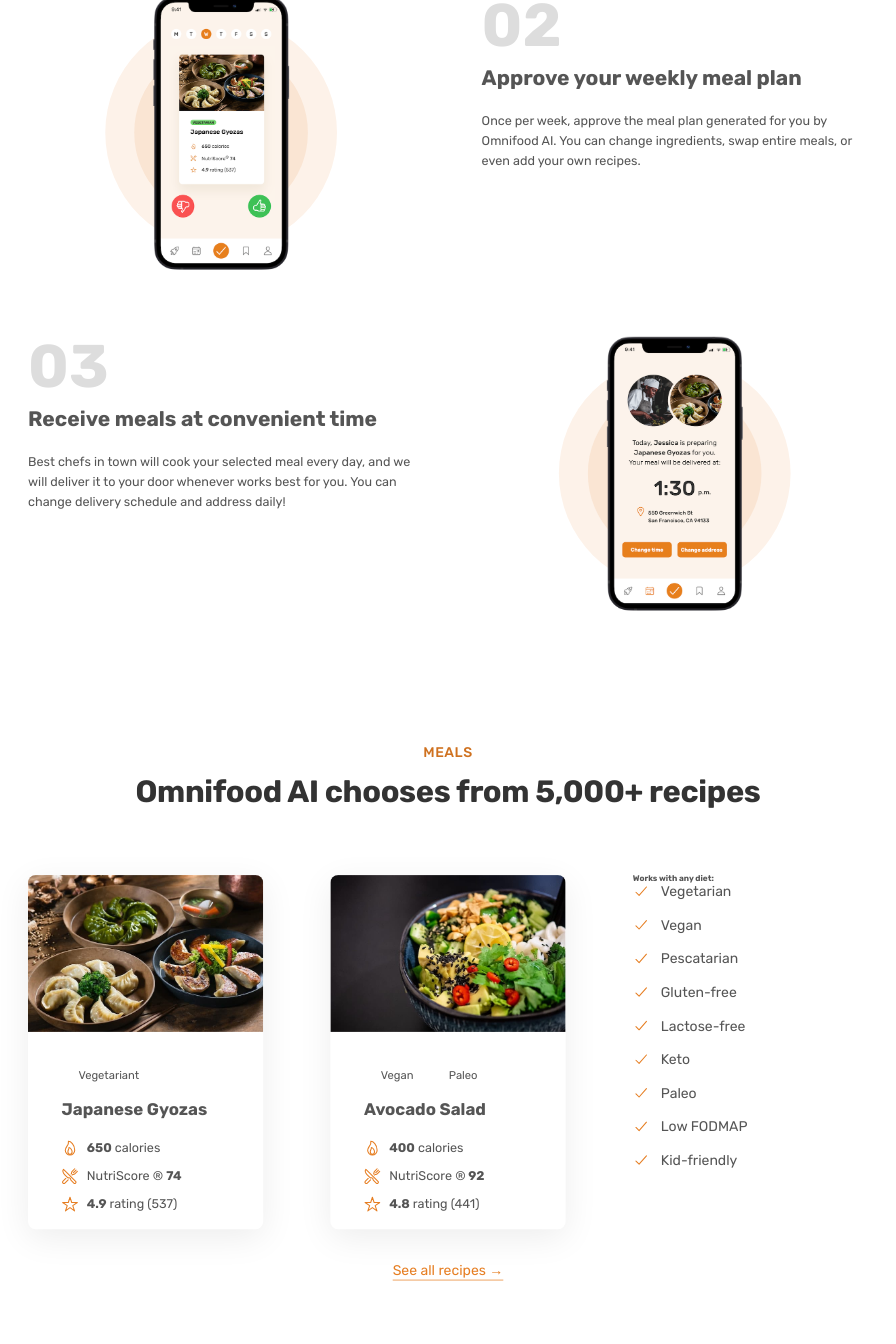
Repository: WefsCao/Omnifood
Page: index.html
An editor plug-in stored every save of this project. The page is shown before and after the next save, followed by the edit.
The browser window is 1280 px wide. The pictures show the part of the page from y = 1593 to 3513 px (the page is 3513 px tall before and 3505 px after), at 70% of full size.

Above is the page before, as saved 2022-06-05 17:06:47.

### index.html
<!DOCTYPE html>
<html lang="en">
  <head>
    <meta charset="UTF-8" />
    <meta http-equiv="X-UA-Compatible" content="IE=edge" />
    <meta name="viewport" content="width=device-width, initial-scale=1.0" />

    <link rel="preconnect" href="https://fonts.googleapis.com" />
    <link rel="preconnect" href="https://fonts.gstatic.com" crossorigin />
    <link
      href="https://fonts.googleapis.com/css2?family=Rubik:wght@400;500;600;700&display=swap"
      rel="stylesheet"
    />
    <link rel="stylesheet" href="./css/general.css" />
    <link rel="stylesheet" href="./css/style.css" />
    <title>Omnifood</title>
  </head>
  <body>
    <header class="header">
      <img class="logo" src="img/omnifood-logo.png" alt="heder of logo" />

      <nav class="nav-main">
        <ul class="nav-main-list">
          <li><a href="#" class="nav-main-link">How it works</a></li>
          <li><a href="#" class="nav-main-link">Meals</a></li>
          <li><a href="#" class="nav-main-link">Testimonial</a></li>
          <li><a href="#" class="nav-main-link">Pricing</a></li>
          <li><a href="#" class="nav-main-link nav-cta">Try for free</a></li>
        </ul>
      </nav>
    </header>
    <main>
      <section class="section-hero">
        <div class="hero">
          <div class="hero-text-box">
            <h1 class="heading-primary">
              A healthy meal delivered to your door, every single day
            </h1>
            <p class="hero-description">
              The smart 365-days-per-year food subscription that will make you
              eat healthy again. Tailored to your personal tastes and
              nutritional needs.
            </p>
            <a href="#" class="btn btn--full margin-right-sm"
              >Start eating well</a
            >
            <a href="#" class="btn btn--outline">Learn more &darr;</a>
            <div class="delivered-meals">
              <div class="delivered-imgs">
                <img src="img/customers/customer-1.jpg" />
                <img src="img/customers/customer-2.jpg" />
                <img src="img/customers/customer-3.jpg" />
                <img src="img/customers/customer-4.jpg" />
                <img src="img/customers/customer-5.jpg" />
                <img src="img/customers/customer-6.jpg" />
              </div>
              <div class="delivered-text">
                <span>250,000+ </span>meals last year!
              </div>
            </div>
          </div>
          <div class="hero-img-box">
            <img src="img/hero.png" alt="Hero of image" class="hero-img" />
          </div>
        </div>
      </section>
      <section class="section-how">
        <div class="step-title container">
          <span class="subtitle">How it works</span>
          <h2 class="heading-secondary">
            Your daily dose of health in 3 simple steps
          </h2>
        </div>

        <!-- STEP 01 -->
        <div class="step-content container grid grid--2-cols">
          <div class="step-text-box">
            <div class="step-number">01</div>
            <h3 class="heading-tertiary">
              Tell us what you like (and what not)
            </h3>
            <p class="step-text">
              Never again waste time thinking about what to eat! Omnifood AI
              will create a 100% personalized weekly meal plan just for you. It
              makes sure you get all the nutrients and vitamins you need, no
              matter what diet you follow!
            </p>
          </div>
          <div class="step-img-box">
            <img
              class="step-img"
              src="img/app/app-screen-1.png"
              alt="app screen 1"
            />
          </div>
        </div>
        <!-- STEP 02 -->
        <div class="step-content container grid grid--2-cols">
          <div class="step-img-box">
            <img
              class="step-img"
              src="img/app/app-screen-2.png"
              alt="app screen 2"
            />
          </div>
          <div class="step-text-box">
            <div class="step-number">02</div>
            <h3 class="heading-tertiary">Approve your weekly meal plan</h3>
            <p class="step-text">
              Once per week, approve the meal plan generated for you by Omnifood
              AI. You can change ingredients, swap entire meals, or even add
              your own recipes.
            </p>
          </div>
        </div>

        <!-- STEP 03 -->
        <div class="step-content container grid grid--2-cols">
          <div class="step-text-box">
            <div class="step-number">03</div>
            <h3 class="heading-tertiary">Receive meals at convenient time</h3>
            <p class="step-text">
              Best chefs in town will cook your selected meal every day, and we
              will deliver it to your door whenever works best for you. You can
              change delivery schedule and address daily!
            </p>
          </div>
          <div class="step-img-box">
            <img
              class="step-img"
              src="img/app/app-screen-3.png"
              alt="app screen 3"
            />
          </div>
        </div>
      </section>
      <section class="section-meals">
        <div class="container center-v">
          <span class="subtitle">Meals</span>
          <h2 class="heading-secondary">
            Omnifood AI chooses from 5,000+ recipes
          </h2>
        </div>
        <div class="meals container grid grid--3-cols">
          <div class="meal">
            <img
              class="meal-img"
              src="img/meals/meal-1.jpg"
              alt="Japanese Gyozas"
            />
            <div class="meal-content">
              <span class="meal-tag tag--vegetariant">Vegetariant</span>
              <h3 class="meal-title">Japanese Gyozas</h3>
              <ul class="meal-attributes">
                <li class="meal-attribute">
                  <ion-icon class="meal-icon" name="flame-outline"></ion-icon>
                  <span><strong>650</strong> calories</span>
                </li>

                <li class="meal-attribute">
                  <ion-icon
                    class="meal-icon"
                    name="restaurant-outline"
                  ></ion-icon>
                  <span> NutriScore &reg; <strong>74</strong></span>
                </li>
                <li class="meal-attribute">
                  <ion-icon class="meal-icon" name="star-outline"></ion-icon>
                  <span><strong>4.9</strong> rating (537)</span>
                </li>
              </ul>
            </div>
          </div>
          <div class="meal">
            <img
              class="meal-img"
              src="img/meals/meal-2.jpg"
              alt="Avocado Salad"
            />
            <div class="meal-content">
              <div class="meal-tags">
                <span class="meal-tag tag--vegan">Vegan</span>
                <span class="meal-tag tag--paleo">Paleo</span>
              </div>
              <h3 class="meal-title">Avocado Salad</h3>
              <ul class="meal-attributes">
                <li class="meal-attribute">
                  <ion-icon class="meal-icon" name="flame-outline"></ion-icon>
                  <span><strong>400</strong> calories</span>
                </li>

                <li class="meal-attribute">
                  <ion-icon
                    class="meal-icon"
                    name="restaurant-outline"
                  ></ion-icon>
                  <span>NutriScore &reg;<strong> 92</strong></span>
                </li>
                <li class="meal-attribute">
                  <ion-icon class="meal-icon" name="star-outline"></ion-icon>
                  <span><strong>4.8</strong> rating (441)</span>
                </li>
              </ul>
            </div>
          </div>
          <div class="list">
            <h3 class="flist-heading">Works with any diet:</h3>
            <ul class="diets">
              <li class="diet">
                <ion-icon class="diet-icon" name="checkmark-outline"></ion-icon>
                <span class="link">Vegetarian</span>
              </li>
              <li class="diet">
                <ion-icon class="diet-icon" name="checkmark-outline"></ion-icon>
                <span class="link">Vegan</span>
              </li>
              <li class="diet">
                <ion-icon class="diet-icon" name="checkmark-outline"></ion-icon>
                <span class="link">Pescatarian</span>
              </li>
              <li class="diet">
                <ion-icon class="diet-icon" name="checkmark-outline"></ion-icon>
                <span class="link">Gluten-free</span>
              </li>
              <li class="diet">
                <ion-icon class="diet-icon" name="checkmark-outline"></ion-icon>
                <span class="link">Lactose-free</span>
              </li>
              <li class="diet">
                <ion-icon class="diet-icon" name="checkmark-outline"></ion-icon>
                <span class="link">Keto</span>
              </li>
              <li class="diet">
                <ion-icon class="diet-icon" name="checkmark-outline"></ion-icon>
                <span class="link">Paleo</span>
              </li>
              <li class="diet">
                <ion-icon class="diet-icon" name="checkmark-outline"></ion-icon>
                <span class="link">Low FODMAP</span>
              </li>
              <li class="diet">
                <ion-icon class="diet-icon" name="checkmark-outline"></ion-icon>
                <span class="link">Kid-friendly</span>
              </li>
            </ul>
          </div>
        </div>
        <div class="container meals-all center-v">
          <a href="#" class="link--recipes">See all recipes &rarr;</a>
        </div>
      </section>
    </main>
    <script
      type="module"
      src="https://unpkg.com/ionicons@5.5.2/dist/ionicons/ionicons.esm.js"
    ></script>
    <script
      nomodule
      src="https://unpkg.com/ionicons@5.5.2/dist/ionicons/ionicons.js"
    ></script>
  </body>
</html>

### css/general.css
/*
--- 01 TYPOGRAPHY
- Font size system (px)
    10 / 12 / 14 / 16 / 18 / 20 / 24 / 30 / 36 / 44 / 52 / 62 / 74 / 86 / 98

- Font weights:
Default: 400

- Line heights:
Default: 1
Small: 1.05


--- 02 COLOR

- Primary: #e67e22
- Tints: #fdf2e9
- Shades: #cf711f
- Accents:
- Grey:
 #555
 #333

 --- 05 SHADOW

 --- 06 BORDER RADIUS
 - Default: 9px

 --- 07 WHITE SPACES
 - Spacing system (px)
 2 / 4 / 8 / 12 / 16 / 24 / 32 / 48 / 64 / 80 / 96 / 128
*/
html {
  font-size: 62.5%;
}
* {
  margin: 0;
  padding: 0;
  box-sizing: border-box;
}
body {
  font-family: "Rubik", sans-serif;
  color: #555;
  font-weight: 400;
  line-height: 1;
}

/****************************************/
/* GENERAL REUSE COMPONENTS */
/****************************************/
.heading-primary,
.heading-secondary {
  line-height: 1.05;
  color: #333;
  font-weight: 700;
  letter-spacing: -0.5px;
  margin-bottom: 3.2rem;
}
.heading-primary {
  font-size: 5.2rem;
}

.btn--full:link,
.btn--full:visited {
  background-color: #e67e22;
  color: #fff;
}
.btn--full:hover,
.btn--full:active {
  background-color: #cf711f;
}

.grid {
  display: grid;
  gap: 9.6rem;
}
.grid--2-cols {
  grid-template-columns: repeat(2, 1fr);
}
.grid--3-cols {
  grid-template-columns: repeat(3, 1fr);
}
.container {
  max-width: 120rem;
  margin: 0 auto;
}

/*************************************/
/* HELPER CLASSES */
/*************************************/

.margin-right-sm {
  margin-right: 1.6rem !important;
}
.heading-tertiary {
  font-size: 3rem;
  font-weight: 700;
  margin: 1.6rem 0;
}
.center-v {
  text-align: center;
}

### css/style.css
/****************************************/
/* HEADER */
/****************************************/
.header {
  display: flex;
  align-items: center;
  justify-content: space-between;
  height: 9.6rem;
  padding: 0 4.8rem;
  background-color: #fdf2e9;
}
.logo {
  height: 2.2rem;
}

/****************************************/
/* NAVIGATION */
/****************************************/

.nav-main-list {
  display: flex;
  align-items: center;
  gap: 3.2rem;
  list-style: none;
}
.nav-main-link:link,
.nav-main-link:visited {
  color: #333;
  font-size: 1.8rem;
  font-weight: 600;
  text-decoration: none;
  transition: all 0.3s;
}
.nav-main-link:hover,
.nav-main-link:active {
  color: #e67e22;
}

.nav-main-link.nav-cta:link,
.nav-main-link.nav-cta:visited {
  padding: 1.2rem 2.4rem;
  background-color: #e67e22;
  border-radius: 9px;
  color: #fff;
}
.nav-main-link.nav-cta:hover,
.nav-main-link.nav-cta:active {
  background-color: #cf711f;
}

/****************************************/
/* HERO */
/****************************************/
.section-hero {
  background-color: #fdf2e9;
  padding: 4.8rem 0 9.6rem 0;
}

.hero {
  display: grid;
  grid-template-columns: 1fr 1fr;
  gap: 4.8rem;
  align-items: center;
  max-width: 130rem;
  padding: 0 3.2rem;
  margin: 0 auto;
}

.hero-description {
  font-size: 2rem;
  line-height: 1.6;
  margin-bottom: 4.8rem;
}
.btn:link,
.btn:visited {
  outline: none;
  display: inline-block;
  padding: 1.6rem 3.2rem;
  font-size: 1.8rem;
  font-weight: 700;
  border-radius: 9px;
  text-decoration: none;
  transition: all 0.3s;
}

.btn--outline:link,
.btn--outline:visited {
  background-color: #fff;
  color: #555;
}
.btn--outline:hover,
.btn--outline:active {
  background-color: #fdf2e9;
  box-shadow: inset 0 0 0 3px #fff;
}

.delivered-meals {
  display: flex;
  align-items: center;
  gap: 1.6rem;
  margin-top: 8rem;
}
.delivered-imgs {
  display: flex;
}
.delivered-imgs img {
  width: 4.8rem;
  height: 4.8rem;
  border-radius: 50%;
  border: 3px solid #fdf2e9;
  margin-right: -1.6rem;
}
.delivered-imgs img:last-child {
  margin: 0;
}
.delivered-text {
  font-size: 2rem;
}
.delivered-text span {
  font-weight: 700;
  color: #cf711f;
}
.hero-img {
  width: 100%;
}

/****************************************/
/* HOW IT WORKS SECTION  */
/****************************************/
.section-how {
  padding-bottom: 9.6rem;
}
.step-title {
  margin-top: 9.6rem;
}
.step-content {
  margin-top: 9.6rem;
}
.subtitle {
  letter-spacing: 0.75px;
  text-transform: uppercase;
  color: #cf711f;
  font-weight: 500;
  font-size: 2rem;
}
.heading-secondary {
  font-size: 4.4rem;
  margin-top: 2.4rem;
}
.step-number {
  font-size: 8.6rem;
  font-weight: 700;
  color: #ddd;
}

.step-img-box {
  position: relative;
  display: flex;
  align-items: center;
  justify-content: center;
}
.step-img-box::before,
.step-img-box::after {
  content: "";
  display: block;
  position: absolute;
  border-radius: 50%;
  top: 50%;
  left: 50%;
  transform: translate(-50%, -50%);
}
.step-img-box::before {
  width: 60%;
  padding-bottom: 60%;
  background-color: #fdf2e9;
  z-index: -2;
}
.step-img-box::after {
  width: 45%;
  padding-bottom: 45%;
  background-color: #fae5d3;
  z-index: -1;
}
.step-text {
  margin-top: 3.2rem;
  font-size: 1.8rem;
  line-height: 1.6;
}
.step-img {
  width: 35%;
}

/****************************************/
/* MEALS SECTION  */
/****************************************/

.section-meals {
  padding-bottom: 9.6rem;
}

.meals,
.section-meals {
  margin-top: 9.6rem;
}
.meal {
  box-shadow: 0 1.2rem 4.8rem rgba(0, 0, 0, 0.075);
  border-radius: 11px;
  overflow: hidden;
}
.meal-img {
  width: 100%;
}
.meal-content {
  padding: 2.4rem 4.8rem;
}
.meal-tag {
  display: inline-block;
  font-size: 1.6rem;
  margin-top: 1.6rem;
  padding: 1.2rem 2.4rem;
}
.meal-title {
  font-size: 2.4rem;
  font-weight: 700;
  margin: 1.6rem 0 3.2rem 0;
}
.meal-attributes {
  list-style: none;
  display: flex;

  flex-direction: column;
  gap: 1.6rem;
}
.meal-attribute {
  font-size: 1.8rem;
  display: flex;
  align-items: center;
  gap: 1.2rem;
}
.meal-icon {
  width: 2.4rem;
  height: 2.4rem;
  color: #e67e22;
}
.list-heading {
  margin-top: 0;
  margin-bottom: 2.4rem;
  font-size: 3rem;
  font-weight: 700;
}
.diets {
  list-style: none;
  display: flex;
  flex-direction: column;
  gap: 2.4rem;
}
.diet {
  display: flex;
  align-items: center;
  gap: 1.6rem;
}
.diet-icon {
  width: 2.4rem;
  height: 2.4rem;
  color: #e67e22;
}
.link {
  font-size: 2rem;
}
.meals-all {
  margin-top: 4.8rem;
  font-size: 2rem;
}
.link--recipes:link,
.link--recipes:visited {
  text-decoration: none;
  color: #e67e22;
  padding-bottom: 2px;
  border-bottom: 1px solid currentColor;
  transition: all 0.3s;
}
.link--recipes:hover,
.link--recipes:active {
  color: #cf711f;
  border-bottom: 1px solid transparent;
}

After the next save:
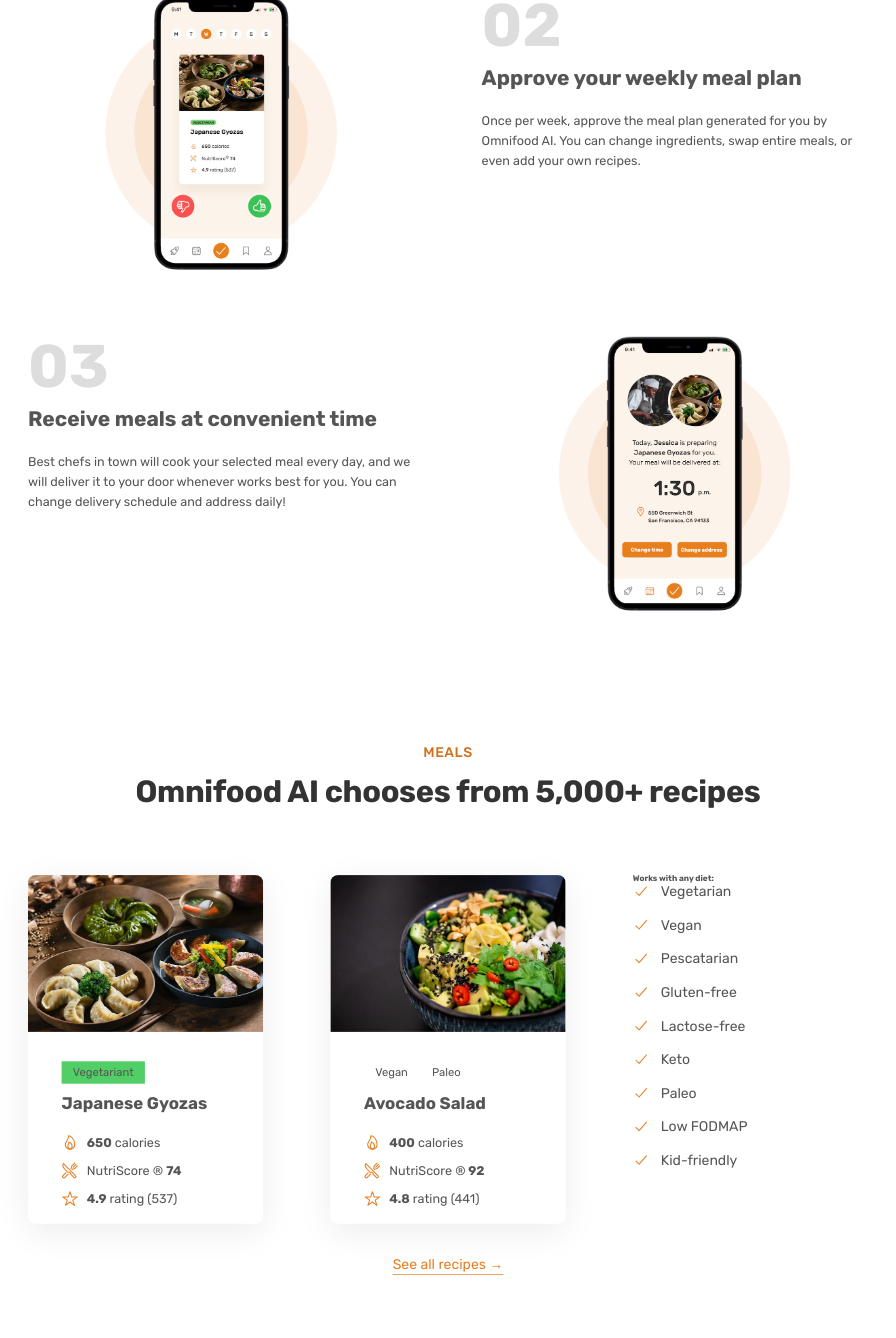
Saved 79 s later.
--- a/css/style.css
+++ b/css/style.css
@@ -217,7 +217,10 @@
   display: inline-block;
   font-size: 1.6rem;
   margin-top: 1.6rem;
-  padding: 1.2rem 2.4rem;
+  padding: 0.8rem 1.6rem;
+}
+.tag--vegetariant {
+  background-color: #51cf66;
 }
 .meal-title {
   font-size: 2.4rem;
